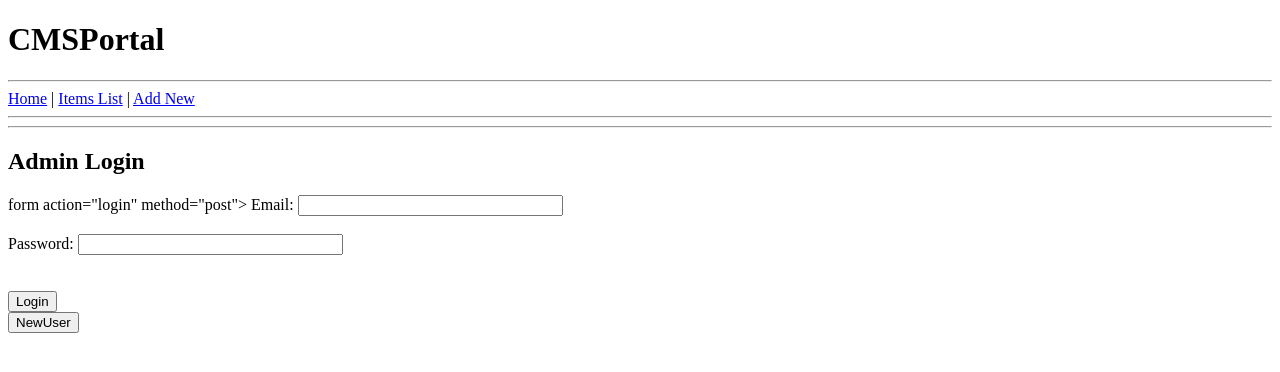
Repository: phanisree-chava/Test
Page: http://localhost/CoronakitManagementPortal/
These files come from the project's save history. The page is drawn as it stood at one moment and after the next save; the edit follows.
The browser window is 1280 px wide. The pictures show the whole page.
The page is served by Tomcat 9.

Above is the page before, as saved 2020-08-23 09:37:14.

After the next save:
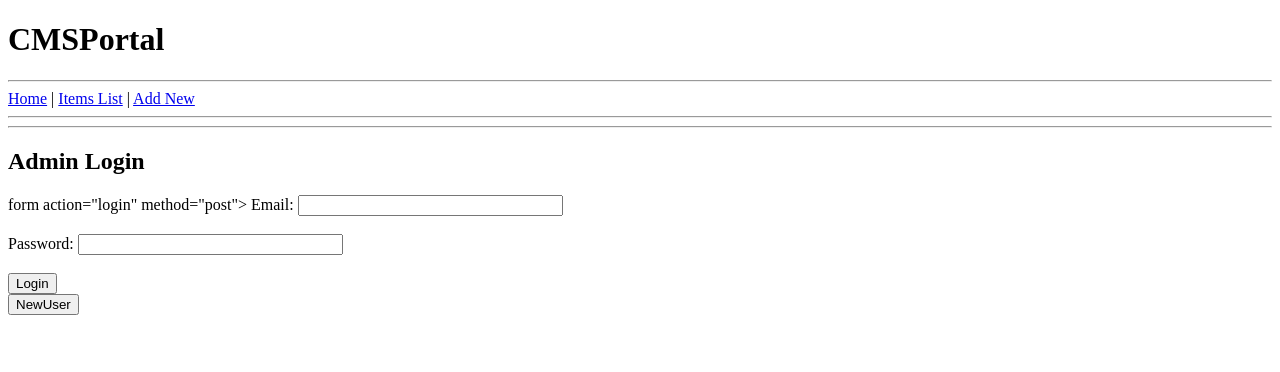
Saved 29 s later.
--- a/CoronakitManagementPortal/WebContent/index.jsp
+++ b/CoronakitManagementPortal/WebContent/index.jsp
@@ -20,7 +20,7 @@
             <br><br>
             <label for="password">Password:</label>
             <input type="password" name="password" size="30" />
-            <br>${message}
+
             <br><br>
             <button type="submit">Login</button>
         </form>
